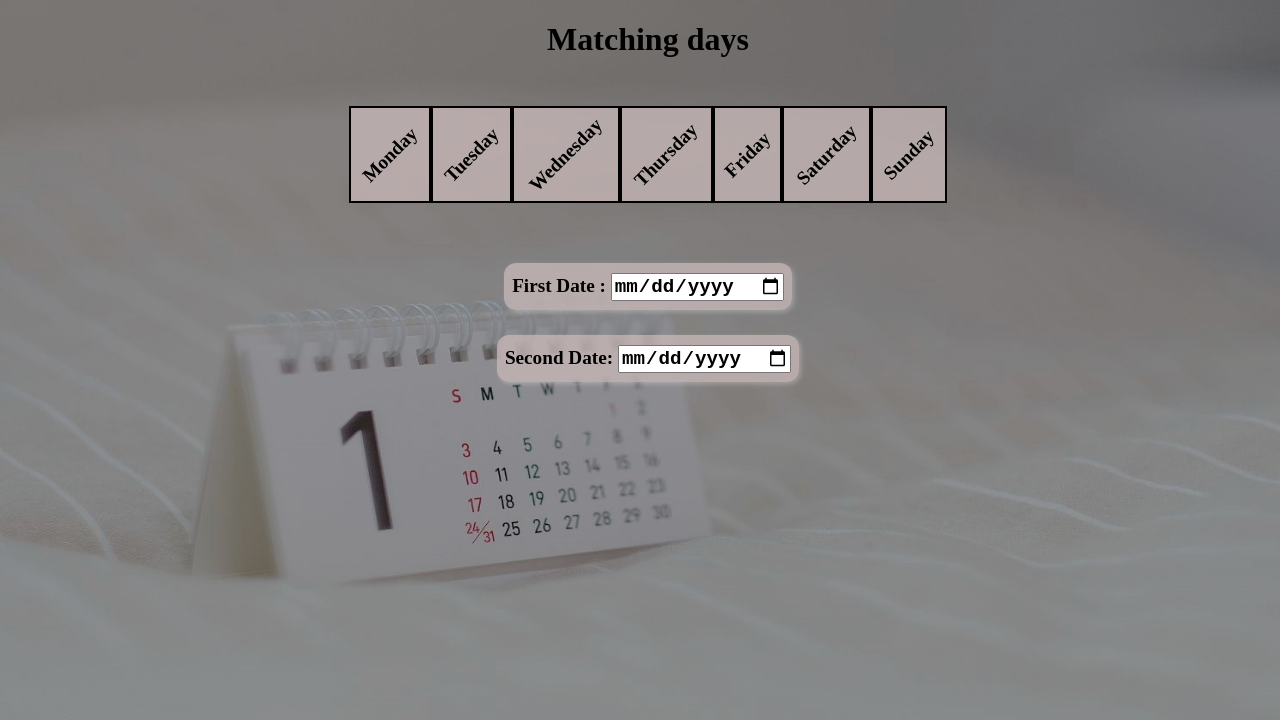
Repository: lasity34/matching-days
Page: index.html
An editor plug-in stored every save of this project. The page is shown before and after the next save, followed by the edit.
The browser window is 1280 px wide. The page is 1288 px wide, so the pictures cover 1288 px, including what lies to the right of the window. The pictures show the whole page.
Some web fonts or font styles are not loaded; a fallback is used. Some web libraries are served in a nearby version.

Above is the page before, as saved 2023-05-10 12:35:56.

After the next save:
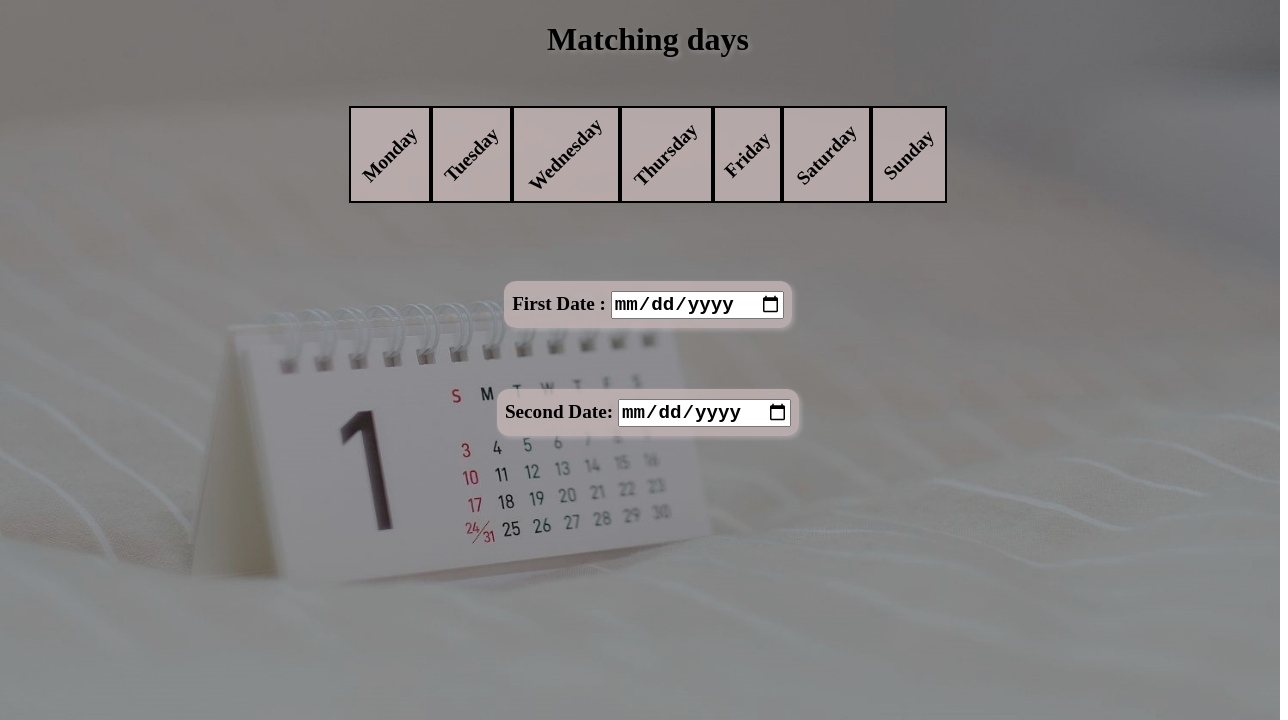
Saved 93 s later.
--- a/style.css
+++ b/style.css
@@ -12,6 +12,7 @@ body {
 
 h1 {
     text-align: center;
+    text-shadow: 2px 2px 5px rgba(227, 223, 223, 0.3);
 }
 /* days display */
 .days_container {
@@ -40,7 +41,7 @@ h1 {
     flex-direction: column;
     align-items: center;
     justify-content: space-around;
-    height: 20vh;
+    height: 30vh;
     font-size: 1.2rem;
 }
 
